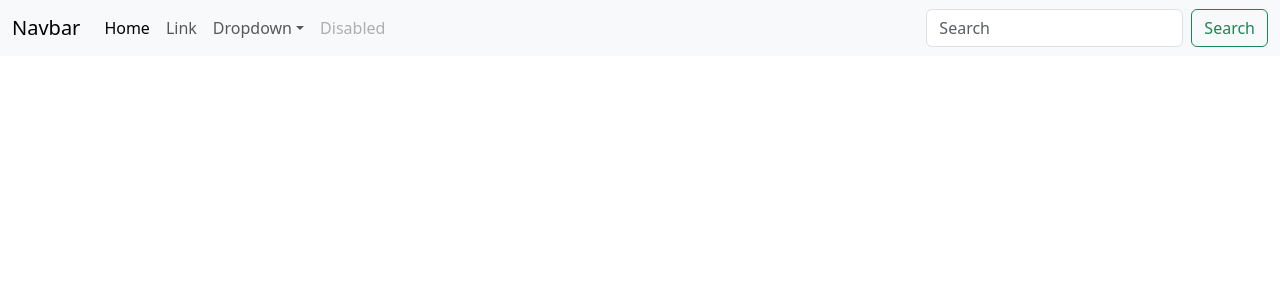
Repository: saramargulies/linktree-app-deploy
Page: / (app in ghi/)
The author's editor kept a copy of each file at every save. The page is drawn from the files as they stood at one save, then again after the next save.
The browser window is 1280 px wide. The pictures show the whole page.
The project was rebuilt for these pictures with package versions that can differ from the ones it lists, and the page was loaded fresh each time. Imported but missing from the stored project, and not drawn on this page: ghi/src/Global/Footer, ghi/src/Home/HomePage.

Above is the page before, as saved 2023-09-28 18:31:54.

### ghi/src/index.js
import React from 'react';
import ReactDOM from 'react-dom/client';
import './index.css';
import App from './App';
import reportWebVitals from './reportWebVitals';
import { store } from './app/store'
import { Provider } from 'react-redux'
import 'bootstrap/dist/css/bootstrap.min.css';
import 'bootstrap/dist/js/bootstrap.bundle.min';

const root = ReactDOM.createRoot(document.getElementById('root'));
root.render(
  <Provider store={store}>
    <App />
  </Provider>
);

reportWebVitals();

### ghi/src/App.js
import React from "react";
import { BrowserRouter, Routes, Route } from "react-router-dom";
import HomePage from "./Home/HomePage";
import Nav from "./Global/NavBar";
import Footer from "./Global/Footer";


function App() {
  // const domain = /https:\/\/[^/]+/;
  // const basename = process.env.PUBLIC_URL.replace(domain, "");
  return (
    <BrowserRouter >
      <Nav />
      {/* <Routes>
        <Route path="/" element={<HomePage />} />
      </Routes>
      <Footer /> */}
    </BrowserRouter>
  );
}
export default App;

### ghi/src/app/store.js
import { configureStore } from '@reduxjs/toolkit'
import { linktreeApi } from './apiSlice'
import { setupListeners } from '@reduxjs/toolkit/dist/query'

export const store = configureStore({
    reducer: {
        [linktreeApi.reducerPath]: linktreeApi.reducer
    },
    middleware: (getDefaultMiddleware) =>
    getDefaultMiddleware().concat(linktreeApi.middleware)
})

setupListeners(store.dispatch)

### ghi/src/Global/NavBar.jsx
import React from 'react'
import { Link, NavLink, useNavigate } from 'react-router-dom'
import { useGetAccountQuery, useLoginMutation, useLogoutMutation } from '../app/apiSlice'

const NavBar = () => {
    // const { data: account, isLoading } = useGetAccountQuery()
    // const [logout] = useLogoutMutation()
    const navigate = useNavigate()

    const logoutAndRedirect = () => {
        // logout();
        navigate("/");
        window.location.reload(false);
      };

    // if (isLoading) {
    //     return null
    // }

    return (
        <nav className="navbar navbar-expand-lg bg-body-tertiary">
            <div className="container-fluid">
                <Link className="navbar-brand" href="#">Navbar</Link>
                <button className="navbar-toggler" type="button" data-bs-toggle="collapse" data-bs-target="#navbarSupportedContent" aria-controls="navbarSupportedContent" aria-expanded="false" aria-label="Toggle navigation">
                <span className="navbar-toggler-icon"></span>
                </button>
                <div className="collapse navbar-collapse" id="navbarSupportedContent">
                <ul className="navbar-nav me-auto mb-2 mb-lg-0">
                    <li className="nav-item">
                    <Link className="nav-link active" aria-current="page" href="#">Home</Link>
                    </li>
                    <li className="nav-item">
                    <Link className="nav-link" href="#">Link</Link>
                    </li>
                    <li className="nav-item dropdown">
                    <Link className="nav-link dropdown-toggle" href="#" role="button" data-bs-toggle="dropdown" aria-expanded="false">
                        Dropdown
                    </Link>
                    <ul className="dropdown-menu">
                        <li><Link className="dropdown-item" href="#">Action</Link></li>
                        <li><Link className="dropdown-item" href="#">Another action</Link></li>
                        <li><hr className="dropdown-divider" /></li>
                        <li><Link className="dropdown-item" href="#">Something else here</Link></li>
                    </ul>
                    </li>
                    <li className="nav-item">
                    <Link className="nav-link disabled" aria-disabled="true">Disabled</Link>
                    </li>
                </ul>
                <form className="d-flex" role="search">
                    <input className="form-control me-2" type="search" placeholder="Search" aria-label="Search" />
                    <button className="btn btn-outline-success" type="submit">Search</button>
                </form>
                </div>
            </div>
            </nav>
    )

}

export default NavBar

### ghi/src/app/apiSlice.js
import { createApi, fetchBaseQuery } from "@reduxjs/toolkit/dist/query";

export const linktreeApi = createApi({
    reducerPath: "linktreeApi",
    baseQuery: fetchBaseQuery({
        baseUrl: "https://localhost:8000",
        credentials: "include"
    }),
    endpoints: (builder) => ({
        signup: builder.mutation({
            query: (body) => ({
                url: "/api/accounts",
                method: "POST",
                body,
                credentials: "include",
            }),
            invalidatesTags: ["Account"]
        }),
        login: builder.mutation({
            query: ({ username, password }) => {
                const body = new FormData()
                body.append("username", username)
                body.append("password", password)
                return {
                    url: "/token",
                    method: "POST",
                    body,
                    credentials: "include",
                }
            },
            invalidatesTags: ["Account"]
        }),
        getAccount: builder.query({
            query: () => ({
                url: '/token',
                credentials: "include",
            }),
            transformResponse: (response) => (response ? response.account : null),
            providesTags: ["Account"]
        }),
        logout: builder.mutation({
            query: () => ({
              url: "/token",
              method: "DELETE",
              credentials: "include",
            }),
            invalidatesTags: ["Account"],
          }),
    })
})

export const {
    useSignUpMutation,
    useLoginMutation,
    useGetAccountQuery,
    useLogoutMutation,
} = linktreeApi

Loaded but not shown: ghi/public/index.html (common file); ghi/src/index.css (common file); ghi/src/reportWebVitals.js (common file)

After the next save:
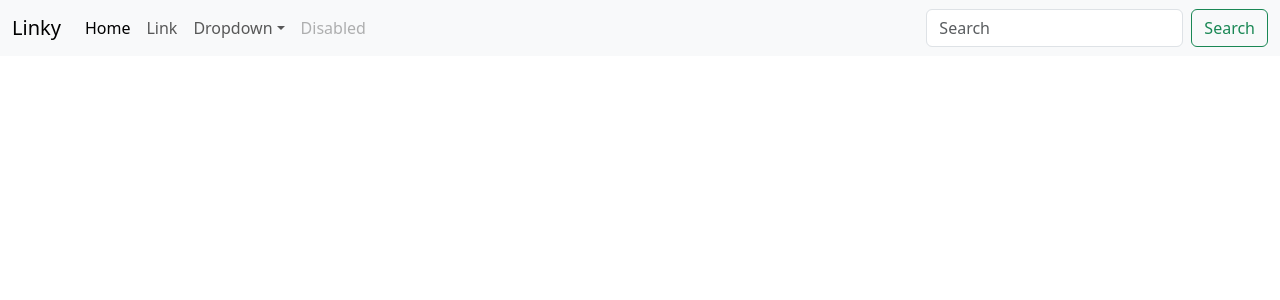
Saved 18 min 19 s later.
--- a/ghi/src/Global/NavBar.jsx
+++ b/ghi/src/Global/NavBar.jsx
@@ -20,7 +20,7 @@
     return (
         <nav className="navbar navbar-expand-lg bg-body-tertiary">
             <div className="container-fluid">
-                <Link className="navbar-brand" href="#">Navbar</Link>
+                <Link className="navbar-brand" href="#">Linky</Link>
                 <button className="navbar-toggler" type="button" data-bs-toggle="collapse" data-bs-target="#navbarSupportedContent" aria-controls="navbarSupportedContent" aria-expanded="false" aria-label="Toggle navigation">
                 <span className="navbar-toggler-icon"></span>
                 </button>
